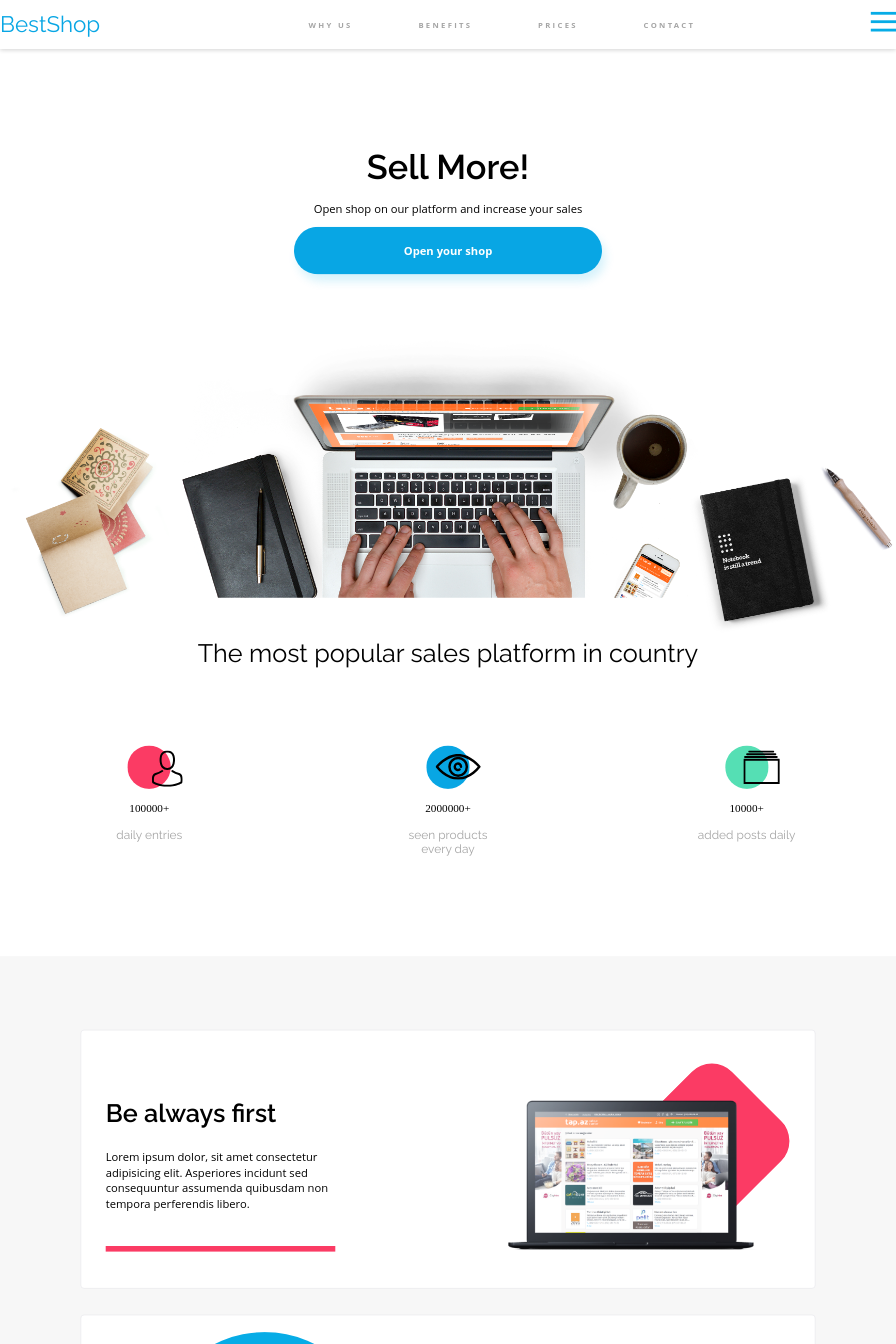
Repository: VolodymyrDubnytskyi/BestShop_project
Page: index.html
These files come from the project's save history. The page is drawn as it stood at one moment and after the next save; the edit follows.
The browser window is 1280 px wide. The pictures show the part of the page from y = 0 to 1920 px (the page is 4270 px tall), at 70% of full size.
Some web libraries are served in a nearby version.

Above is the page before, as saved 2020-01-05 15:45:34.

After the next save:
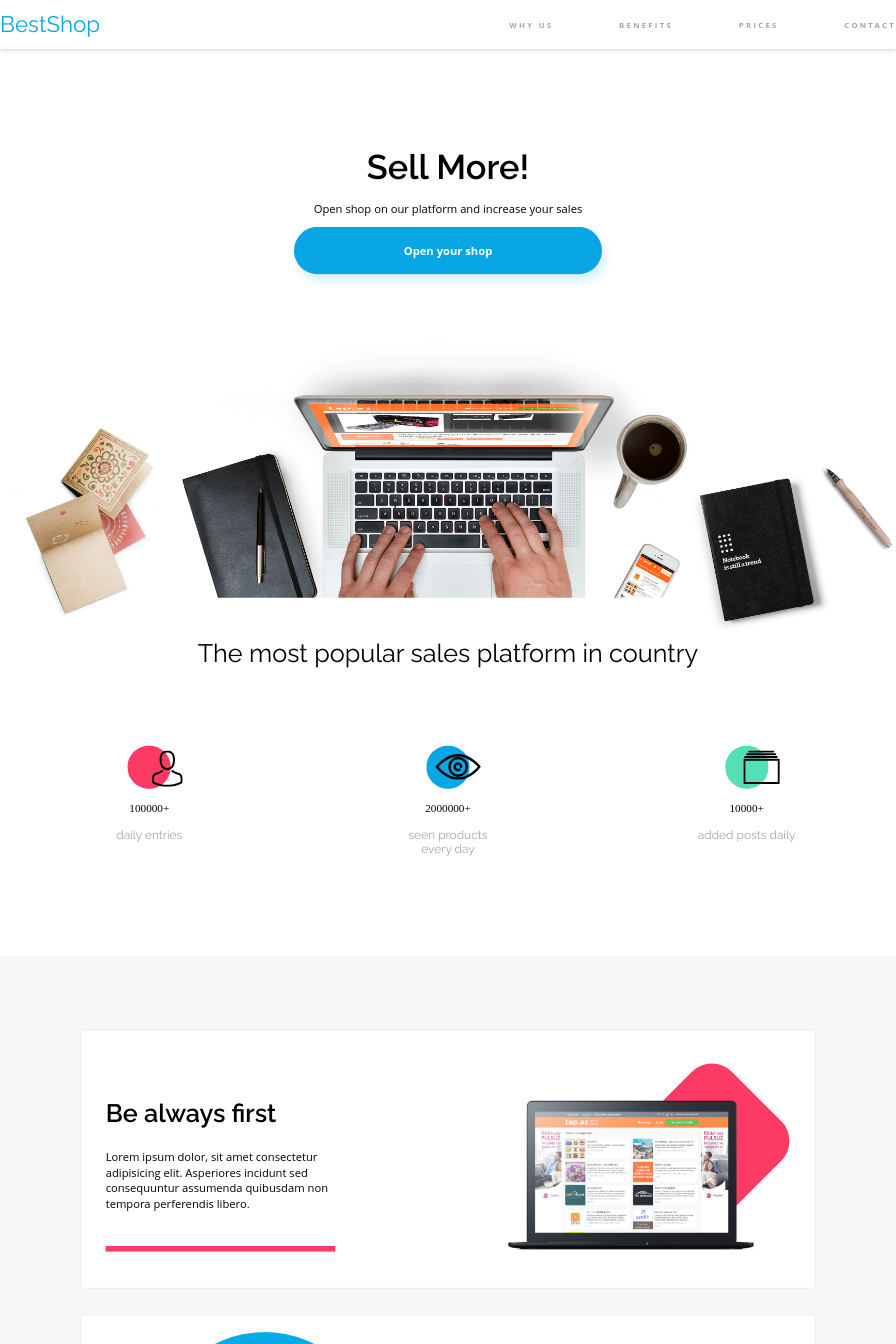
Saved 11 s later.
--- a/css/style.css
+++ b/css/style.css
@@ -57,6 +57,9 @@ header {
   line-height: 38px;
 }
 /* toggle menu navbar */
+.toggle-menu{
+  display: none;
+}
 .toggle-menu span{
       width: 36px;
       height: 4px;
